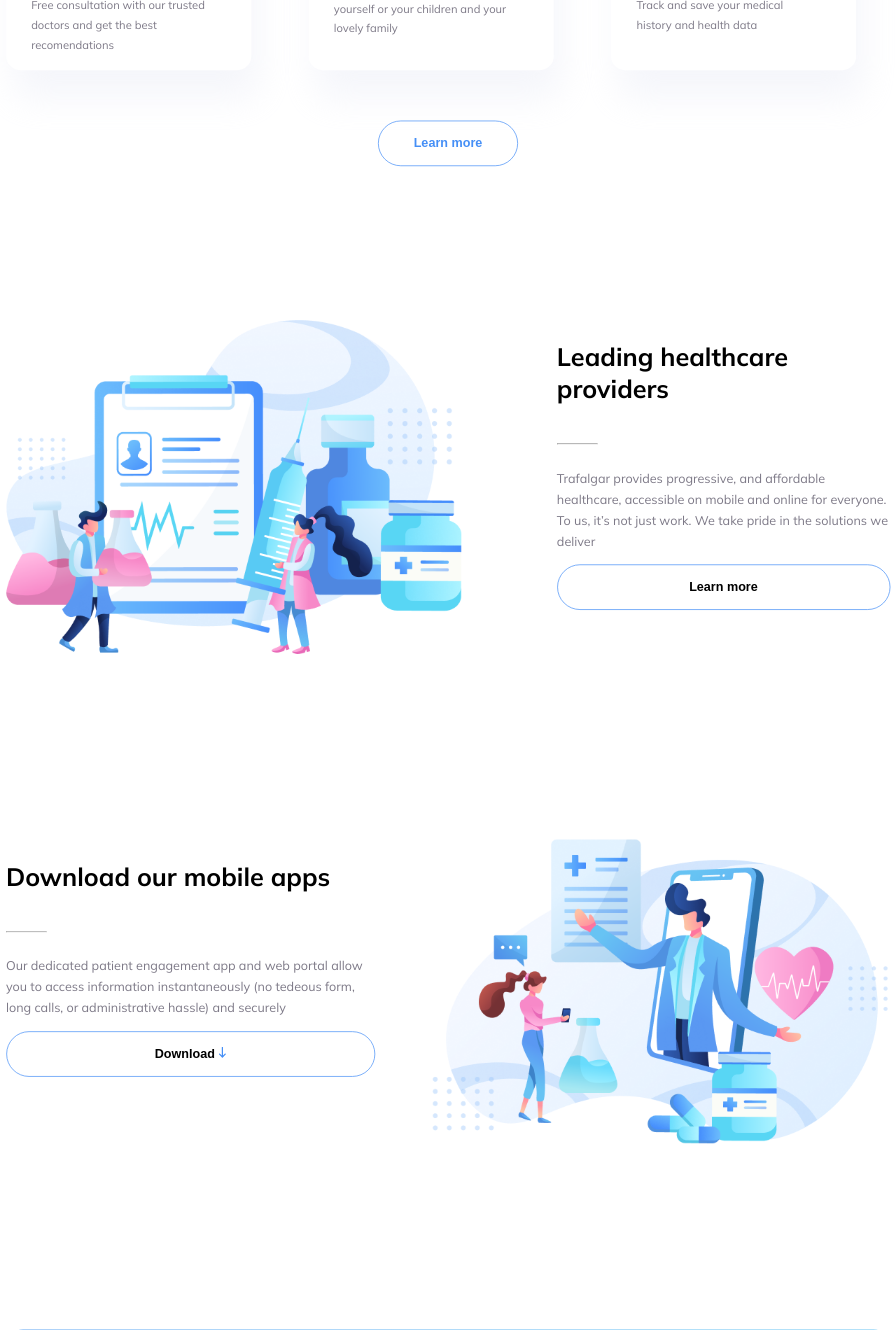
Repository: ivan-developer-01/trafalgar-layout
Page: index.html
An editor plug-in stored every save of this project. The page is shown before and after the next save, followed by the edit.
The browser window is 1280 px wide. The pictures show the part of the page from y = 1745 to 3645 px (the page is 4552 px tall), at 70% of full size.
Pictures or frames that could not be fetched are drawn as grey boxes.

Above is the page before, as saved 2024-11-09 11:15:41.

### index.html
<!DOCTYPE html>
<html lang="en">
<head>
	<meta charset="UTF-8">
	<meta http-equiv="X-UA-Compatible" content="IE=edge">
	<meta name="viewport" content="width=device-width, initial-scale=1.0">
	<title>Trafalgar Services</title>
	<link rel="preconnect" href="https://fonts.googleapis.com">
	<link rel="preconnect" href="https://fonts.gstatic.com" crossorigin>
	<link href="https://fonts.googleapis.com/css2?family=Mulish:ital,wght@0,200;0,300;0,400;0,500;0,600;0,700;0,800;0,900;1,200;1,300;1,400;1,500;1,600;1,700;1,800;1,900&display=swap" rel="stylesheet">
	<link rel="stylesheet" href="style.css">
</head>
<body>
	<header class="header">
		<div class="container">
			<!-- left part -->
			<div>
				<div class="logo">
					<img src="images/logo.png" alt="Trafalgar Logo">
				</div>
			</div>

			<!-- right part -->
			<div>
				<nav>
					<a href="#" class="nav__link nav__link-main">Home</a>
					<a href="#" class="nav__link">Find a doctor</a>
					<a href="#" class="nav__link">Apps</a>
					<a href="#" class="nav__link">Testimonials</a>
					<a href="#" class="nav__link">About us</a>
				</nav>
			</div>
		</div>
	</header>

	<main>
		<section class="main-info">
			<div class="container">
				<!-- left part -->
				<div>
					<h1>Virtual healthcare for you</h1>

					<p>Trafalgar provides progressive, and affordable healthcare, accessible on mobile and online for everyone</p>

					<button class="button round-button bg-blue">Consult today</button>
				</div>

				<!-- right part -->
				<div>
					<img src="images/hero.png" alt="Trafalgar hero image">
				</div>
			</div>

			<div class="overlay"></div>
		</section>

		<section class="our-services">
			<div class="container">
				<h2>Our services</h2>
				<hr>

				<p>We provide to you the best choiches for you. Adjust it to your health needs and make sure your undergo treatment with our highly qualified doctors you can consult with us which type of service is suitable for your health</p>

				<div class="cards">
					<div class="card">
						<img src="images/our-services/cards/search-doctor.svg" alt="Search doctor">
						<h3>Search doctor</h3>
						<p>Choose your doctor from thousands of specialist, general, and trusted hospitals</p>
					</div>
					<div class="card">
						<img src="images/our-services/cards/online-pharmacy.svg" alt="Online pharmacy">
						<h3>Online pharmacy</h3>
						<p>Buy  your medicines with our mobile application with a simple delivery system</p>
					</div>
					<div class="card">
						<img src="images/our-services/cards/consultation.svg" alt="Consultation">
						<h3>Consultation</h3>
						<p>Free consultation with our trusted doctors and get the best recomendations</p>
					</div>
					<div class="card">
						<img src="images/our-services/cards/details-info.svg" alt="Details info">
						<h3>Details info</h3>
						<p>Free consultation with our trusted doctors and get the best recomendations</p>
					</div>
					<div class="card">
						<img src="images/our-services/cards/emergency-care.svg" alt="Emergency care">
						<h3>Emergency care</h3>
						<p>You can get 24/7 urgent care for yourself or your children and your
lovely family</p>
					</div>
					<div class="card">
						<img src="images/our-services/cards/tracking.svg" alt="Tracking">
						<h3>Tracking</h3>
						<p>Track and save your medical history and health data</p>
					</div>
				</div>

				<button class="button round-button">Learn more</button>
			</div>

			<div class="overlay"></div>
			<div class="top-overlay"></div>
		</section>

		<section class="apps">
			<div class="container">
				<div class="flex-two-blocks">
					<!-- left part -->
					<div>
						<div class="image">
							<img src="images/apps/leading-healthcare-providers.png" alt="Leading healthcare providers">
						</div>
					</div>

					<!-- right part -->
					<div>
						<h2>Leading healthcare providers</h2>
						<hr>
						<p>
							Trafalgar provides progressive, and affordable healthcare, accessible on mobile and online for everyone. To us, it’s not just work. We take pride in the solutions we deliver
						</p>

						<button class="button round-button">Learn more</button>
					</div>
				</div>

				<div class="flex-two-blocks">
					<!-- left part -->
					<div>
						<h2>Download our mobile apps</h2>
						<hr>
						<p>
							Our dedicated patient engagement app and web portal allow you to access information instantaneously (no tedeous form, long calls, or administrative hassle) and securely
						</p>

						<button class="button round-button">Download
							<img src="images/arrow-download.svg" alt="Download icon">
						</button>
					</div>

					<!-- right part -->
					<div>
						<div class="image">
							<img src="images/apps/mobile-apps.png" alt="Mobile apps">
						</div>
					</div>
				</div>
			</div>
		</section>

		<section class="reviews">
			<div class="container">
				<div class="review-slider-container">
					<h2>What our customer are saying</h2>
					<hr>
					<div class="review-slider">
						<div class="review">
							<div class="review-user">
								<div><img src="images/reviews/avatars/avatar-1.png" alt="Avatar" class="avatar"></div>
								<div class="user-credentials">
									<h3>Edward Newgate</h3>
									<span>Founder Circle</span>
								</div>
							</div>

							<div class="review-text">
								<p>
									“Our dedicated patient engagement app and web portal allow you to access information instantaneously (no tedeous form, long calls, or administrative hassle) and securely”
								</p>
							</div>
						</div>
					</div>
				</div>

				<div class="dots">
					<div class="arrow-container-left">
						<div class="arrow-left"></div>
					</div>
					<div class="dot active"></div>
					<div class="dot"></div>
					<div class="dot"></div>
					<div class="dot"></div>
					<div class="arrow-container-right">
						<div class="arrow-right"></div>
					</div>
				</div>
			</div>
		</section>
	</main>
</body>
</html>

### style.css
html,
body {
	width: 100vw;
	margin: 0;
	padding: 0;
	font-family: 'Mulish', sans-serif;
}

.container {
	width: 100%;
	max-width: 1263px;
	margin: 0 auto;
}

section hr {
	width: 56px;
	margin-top: 26px;
	margin-bottom: 33px;
}

h1 {
	font-size: 48px;
}

h3 {
	font-size: 24px;
}

p {
	color: #7D7987;
	margin-top: 0;
}

.button {
	/* appearance: none; */
	border: 1px solid #458FF6;
	background: transparent;
	cursor: pointer;
	font-weight: 700;
	font-size: 18px;
	padding: 21px 41px;
}

.button.round-button {
	border-radius: 999px;
}

.bg-blue {
	background-color: #458FF6;
	color: #FFF;
}

/* header */
.header {
	padding-top: 56px;
}

.header .container {
	display: flex;
	justify-content: space-between;
	align-items: center;
}

.header nav {
	display: flex;
	gap: 40px;
	font-size: 18px;
}

.header nav a {
	text-decoration: none;
	color: #8f8a9a;
}

.header .nav__link-main {
	color: #1F1534;
}
/* /header */

/* main-info */
.main-info {
	position: relative;
}

.main-info .overlay {
	position: absolute;
	top: 0;
	left: 0;
	right: 0;
	bottom: 0;
	background-image: url(images/main-info-overlay.png);
	background-repeat: no-repeat;
	z-index: -1;
}

.main-info .container {
	display: flex;
	justify-content: space-between;
	align-items: center;
	gap: 109px;
}

.main-info p {
	font-size: 21px;
	line-height: 32px;
	margin-top: 25px;
	margin-bottom: 45px;
}
/* /main-info */

/* our-services */
.our-services {
	margin-top: 190px;
	position: relative;
}

.our-services .overlay,
.our-services .top-overlay {
	position: absolute;
	right: 0;
	bottom: 0;
	left: 0;
	background-repeat: no-repeat;
	z-index: -1;
	pointer-events: none;
}

.our-services .overlay {
	top: calc(20% - 44px);
	background-image: url(images/our-services/our-services-overlay.svg);
}

.our-services .top-overlay {
	top: 46%;
	left: 76%;
	background-image: url(images/our-services/our-services-top-overlay.svg);
}

.our-services .container {
	text-align: center;
}

.our-services p {
	max-width: 952px;
	margin: 0 auto;
}

.our-services .cards {
	display: grid;
	grid-template-columns: repeat(3, 1fr);
	gap: 34px;
	margin-top: 80px;
	position: relative;
	background: transparent;
}

.our-services .cards .card {
	box-shadow: 10px 40px 50px 0px #E5E9F666;
	/* top right bottom left */
	width: calc(350px - 52px - 36px);
	height: calc(354px - 58px - 47px);
	border-radius: 20px;
	padding: 58px 52px 47px 36px;
	text-align: left;
	background: #FFF;
	z-index: 1;
}

.our-services .cards .card p {
	font-size: 16px;
	line-height: 28px;
}

.our-services .cards .card h3 {
	margin-top: 36.25px;
}

.our-services .button {
	margin-top: 72px;
	color: #458FF6;
	border-width: 1.4px;
	min-width: 200px;
}
/* /our-services */

/* apps */
.apps {
	margin-top: 220px;
}

.apps .container {
	display: grid;
	gap: 265px;
}

.apps .flex-two-blocks {
	display: flex;
}

.apps .flex-two-blocks div {
	display: flex;
	flex-direction: column;
}

.apps .flex-two-blocks h2 {
	font-size: 36px;
}

.apps .flex-two-blocks hr {
	text-align: left;
	width: 56px;
	margin-left: 0;
	margin-right: 0;
}

.apps .flex-two-blocks p {
	font-size: 18px;
	line-height: 30px;
}

.apps .flex-two-blocks:first-child {
	gap: 137px;
}

.apps .flex-two-blocks:last-child {
	gap: 71px;
}
/* /apps */

/* reviews */
.reviews {
	margin-top: 266px;
	margin-bottom: 340px /* *? BUGGY DEBUGGY BIG BUG */;
}

.reviews .review-slider-container {
	background: linear-gradient(208.18deg, #67C3F3 9.05%, #5A98F2 76.74%);
	color: white;
	text-align: center;
	padding-top: 64px;
	padding-bottom: 109px;
	border-radius: 24px;
}

.reviews hr {
	color: white;
}

.reviews h2 {
	font-size: 36px;
}

.review-slider .review {
	display: flex;
	justify-content: center;
	align-items: center;
	gap: 110px;
	margin-top: 80px;
}

.review-slider .review .review-user {
	display: flex;
	align-items: center;
	justify-content: center;
	gap: 30px;
	text-align: left;
}

.review-slider .review .review-user .user-credentials h3 {
	font-size: 22px;
	margin-top: 0;
}

.review-slider .review .review-user .user-credentials span {
	font-size: 18px;
}

.review-slider .review .review-text {
	text-align: left;
	max-width: 420px;
}

.review-slider .review .review-text p {
	color: white;
	font-size: 19px;
	letter-spacing: 0.6px;
	line-height: 30px;
}

.reviews .dots {
	display: flex;
	justify-content: center;
	align-items: center;
	margin-top: 42px;
}

.reviews .dot {
	background: #5B9BF3;
	width: 10px;
	height: 10px;
	opacity: 0.3;
	border-radius: 50%;
	cursor: pointer;
	transition: 0.1s ease-in-out;
}

.reviews .dot+.dot {
	margin-left: 18px;
}

.reviews .dot.active,
.reviews .dot:hover {
	opacity: 1;
}

.reviews .dot:active {
	filter: brightness(0.5);
}

.reviews .arrow-left,
.reviews .arrow-right {
	background: url(images/reviews/arrow-right.svg) no-repeat;
	width: 31px;
	height: 20px;
	cursor: pointer;
	transition: 0.1s ease-in-out;
}

.reviews .arrow-left:hover,
.reviews .arrow-right:hover {
	opacity: 1;
}

.reviews .arrow-left:active,
.reviews .arrow-right:active {
	filter: brightness(0.5);
}

.reviews .arrow-left {
	opacity: 0.3;
	transform: rotate(180deg);
}

.reviews .arrow-container-left {
	margin-right: 90px;
}

.reviews .arrow-container-right {
	margin-left: 90px;
}

.reviews .container {
	position: relative;
}

.reviews .container::before {
	content: '';
	display: block;
	position: absolute;
	width: 132px;
	height: 115px;
	top: 0;
	left: 0;
	/* right: 0; */
	/* bottom: 0; */
	background-image: url(images/reviews/reviews-overlay.png);
	background-repeat: no-repeat;
	background-size: cover;
	background-position: center;
	z-index: -1;
}
/* /reviews */

After the next save:
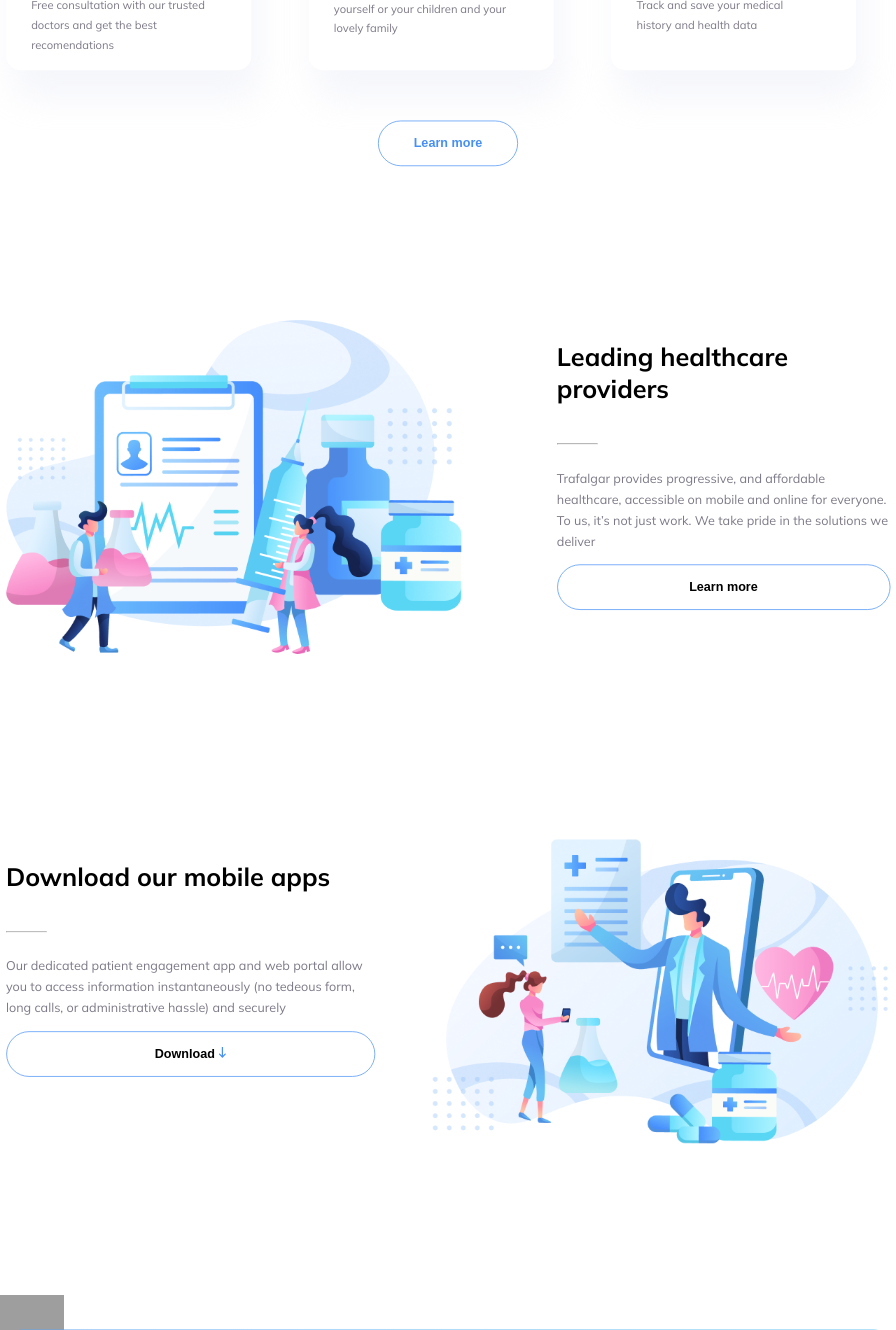
Saved 17 s later.
--- a/style.css
+++ b/style.css
@@ -359,8 +359,8 @@ p {
 	position: absolute;
 	width: 132px;
 	height: 115px;
-	top: 0;
-	left: 0;
+	top: -50px;
+	left: -50px;
 	/* right: 0; */
 	/* bottom: 0; */
 	background-image: url(images/reviews/reviews-overlay.png);
